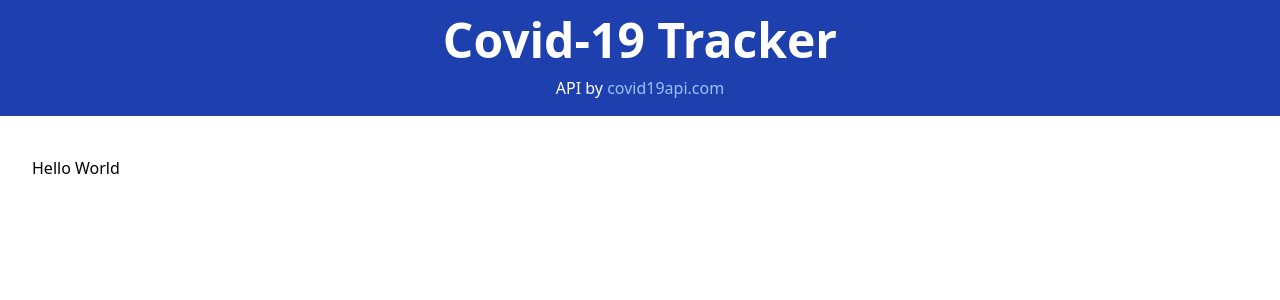
Repository: starcode72/vue-covid-tracker
Page: /
The author's editor kept a copy of each file at every save. The page is drawn from the files as they stood at one save, then again after a run of saves.
The browser window is 1280 px wide. The pictures show the whole page.
Some web libraries are served in a nearby version. The project was rebuilt for these pictures with package versions that can differ from the ones it lists, and the page was loaded fresh each time. Also part of the build but not shown: vue.config.js.

Above is the page before, as saved 2022-04-30 08:36:03.

### public/index.html
<!DOCTYPE html>
<html lang="">
  <head>
    <meta charset="utf-8">
    <meta http-equiv="X-UA-Compatible" content="IE=edge">
    <meta name="viewport" content="width=device-width,initial-scale=1.0">
    <link rel="icon" href="<%= BASE_URL %>favicon.ico">
    <script src="https://kit.fontawesome.com/6596a9703a.js" crossorigin="anonymous"></script>
    <title><%= htmlWebpackPlugin.options.title %></title>
  </head>
  <body>
    <noscript>
      <strong>We're sorry but <%= htmlWebpackPlugin.options.title %> doesn't work properly without JavaScript enabled. Please enable it to continue.</strong>
    </noscript>
    <div id="app"></div>
    <!-- built files will be auto injected -->
  </body>
</html>

### src/App.vue
<template>
<Header/>
  <div class="container">
    <router-view />
  </div>
</template>

<script>
import Header from "@/components/Header.vue";
// import Header from "./components/Header.vue";

export default {
  components: {
    Header,
  },
};
</script>

### src/components/Header.vue
<template>
  <header class="text-center bg-blue-800 text-white p-4 mb-10">
    <div class="text-3xl md:text-5xl font-bold mb-3"><i></i>Covid-19 Tracker</div>

    <p>
      API by
      <a class="text-blue-300" href="https://covid19api.com" target="_blank"
        >covid19api.com</a
      >
    </p>
  </header>
</template>

<script>
export default {
  name: "Header",
};
</script>

### src/views/HomeView.vue
<template>
  <div class="home">Hello World</div>
</template>

<script>
export default {
  name: "HomeView",
  components: {},
};
</script>

### tailwind.config.js
module.exports = {
  content: ["./public/**/*.html", "./src/**/*.{vue,js,ts,jsx,tsx}"],
  theme: {
    extend: {},
    // 特定のクラスに対して規定のCSSを当てる
    container: {
      center: true,
      padding: "2rem",
    },
  },
  plugins: [],
};

Loaded but not shown: src/main.js (common file); src/router/index.js (common file); src/assets/tailwind.css (common file)

After the next 3 saves:
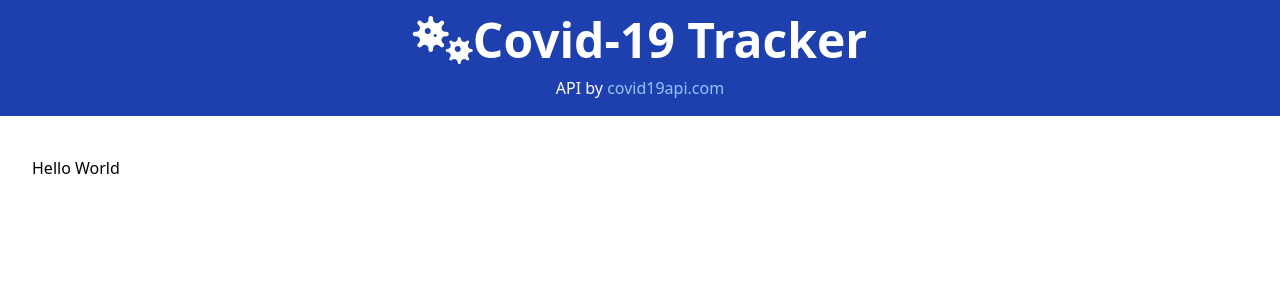
The 3 saves are shown as one change because they came seconds apart.
The last was saved 10 s later.
--- a/src/components/Header.vue
+++ b/src/components/Header.vue
@@ -1,6 +1,6 @@
 <template>
   <header class="text-center bg-blue-800 text-white p-4 mb-10">
-    <div class="text-3xl md:text-5xl font-bold mb-3"><i></i>Covid-19 Tracker</div>
+    <div class="text-3xl md:text-5xl font-bold mb-3"><i class="fa fa-viruses"></i>Covid-19 Tracker</div>
 
     <p>
       API by
